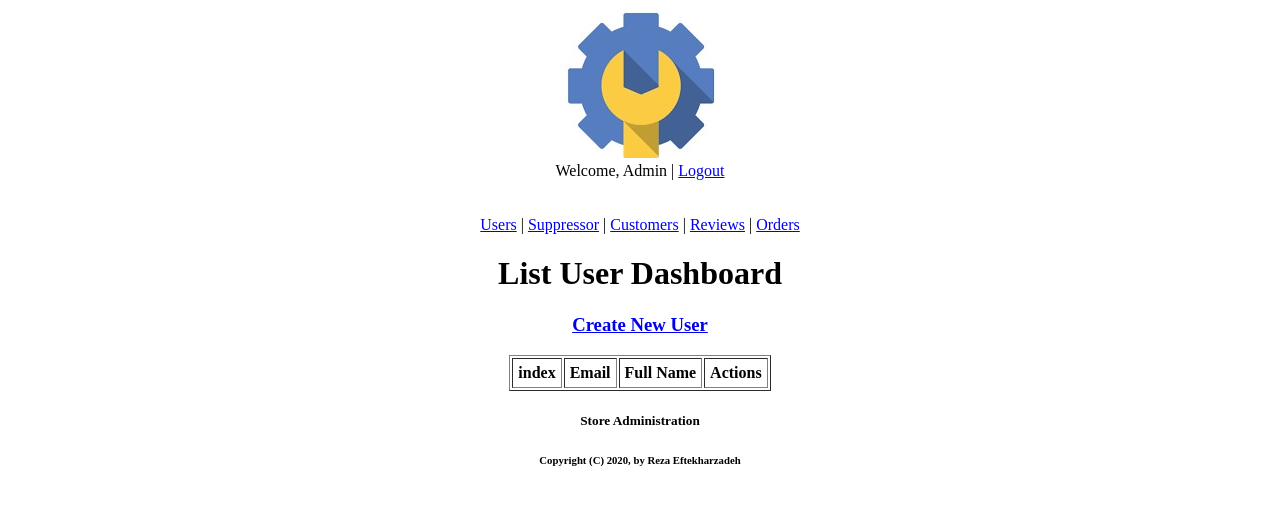
Repository: RezaEftekharzadeh/frey
Page: http://localhost/SilencerStoreProject/admin/user_list.jsp
These files come from the project's save history. The page is drawn as it stood at one moment and after the next save; the edit follows.
The browser window is 1280 px wide. The pictures show the whole page.
The page is served by Tomcat 9. Nobody is signed in. The application's start-up code is not run.

Above is the page before, as saved 2020-07-22 08:57:43.

After the next save:
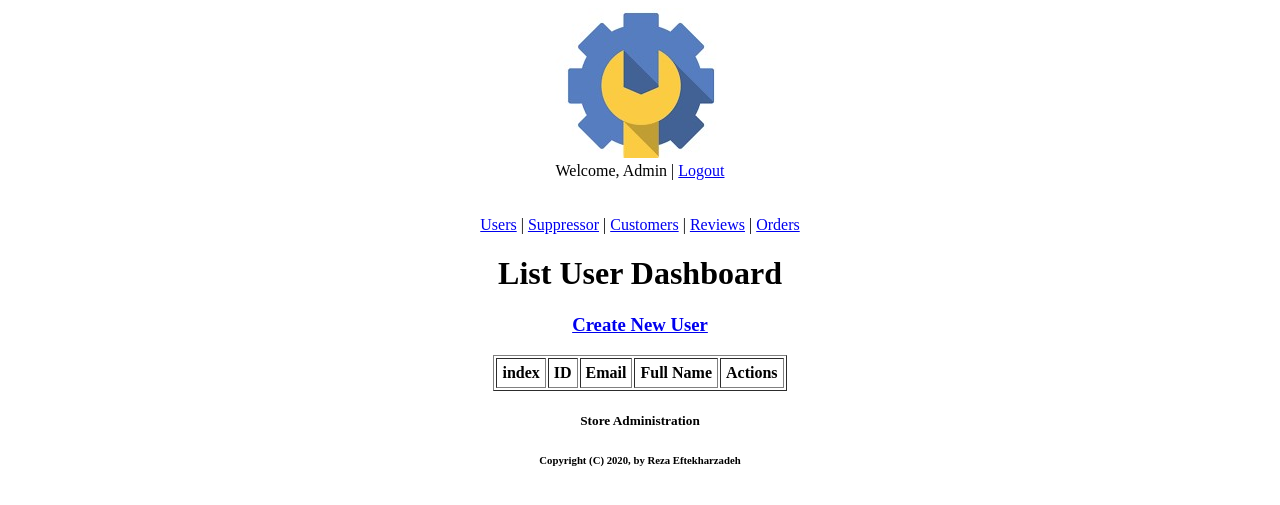
Saved 51 s later.
--- a/SilencerStoreProject/WebContent/admin/user_list.jsp
+++ b/SilencerStoreProject/WebContent/admin/user_list.jsp
@@ -44,6 +44,7 @@
 		<table border="1" cellPadding="5">
 			<tr>
 				<th>index</th>
+				<th>ID</th>
 				<th>Email</th>
 				<th>Full Name</th>
 				<th>Actions</th>
@@ -51,6 +52,7 @@
 			<c:forEach var="user" items="${listUser}" varStatus="status">
 				<tr>
 					<td>${status.index+1}</td>
+					<td>${user.userId}</td>
 					<td>${user.email}</td>
 					<td>${user.fullName}</td>
 					<td>
